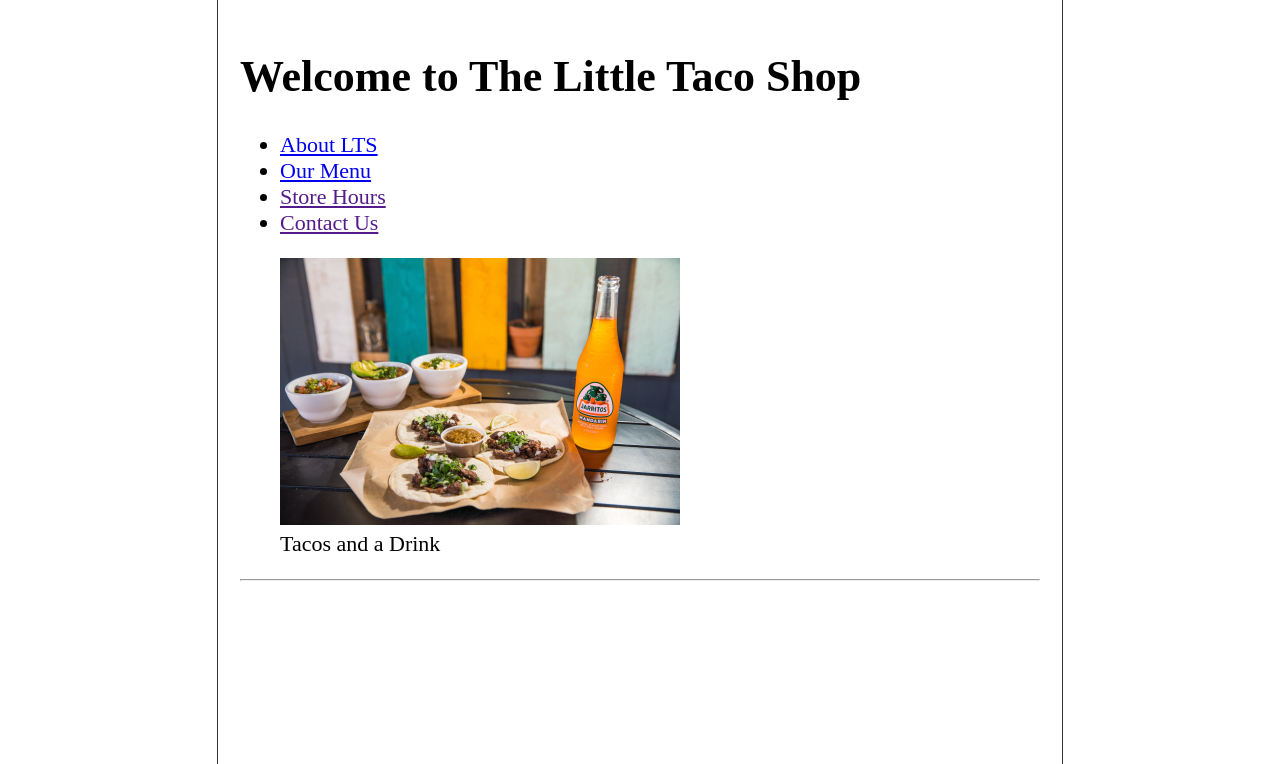
Repository: Israa-Odeh/html-basics-project
Page: index.html
An editor plug-in stored every save of this project. The page is shown before and after a run of saves, followed by the edit.
The browser window is 1280 px wide. The pictures show the whole page.

Above is the page before, as saved 2024-08-20 01:47:11.

### index.html
<!DOCTYPE html>
<html lang="en">

<head>
    <meta charset="UTF-8">
    <meta name="author" content="Israa Odeh">
    <meta name="description"
        content="Welcome to Discover the ultimate taco experience at our little taco shop. Explore our diverse menu featuring delicious, authentic tacos made with fresh ingredients. From classic favorites to inventive new flavors, our taco shop offers a vibrant atmosphere and exceptional service. Join us for a taste of perfection in every bite!">
    <title>Little Taco Shop</title>
    <link rel="icon" href="favicon.ico" type="image/x-icon">
    <link rel="stylesheet" href="css/style.css">
</head>

<body>
    <header>
        <h1>Welcome to The Little Taco Shop</h1>
        <nav>
            <ul>
                <li>
                    <a href="#about">About LTS</a>
                </li>
                <li>
                    <a href="#menu">Our Menu</a>
                </li>
                <li>
                    <a href="">Store Hours</a>
                </li>
                <li>
                    <a href="">Contact Us</a>
                </li>
            </ul>
        </nav>
        <figure>
            <img src="img/tacos_and_drink_400x267.png"
                alt="Three taco meals with three salads and a shared bottle of drink" width="400" height="267">
            <figcaption>Tacos and a Drink</figcaption>
        </figure>
    </header>

    <hr>

    <main>
        <article id="about">


        </article>

        <article id="menu">

        </article>

    </main>

    <footer>

    </footer>

</body>

</html>

Loaded but not shown: css/style.css (common file)

After the next 2 saves:
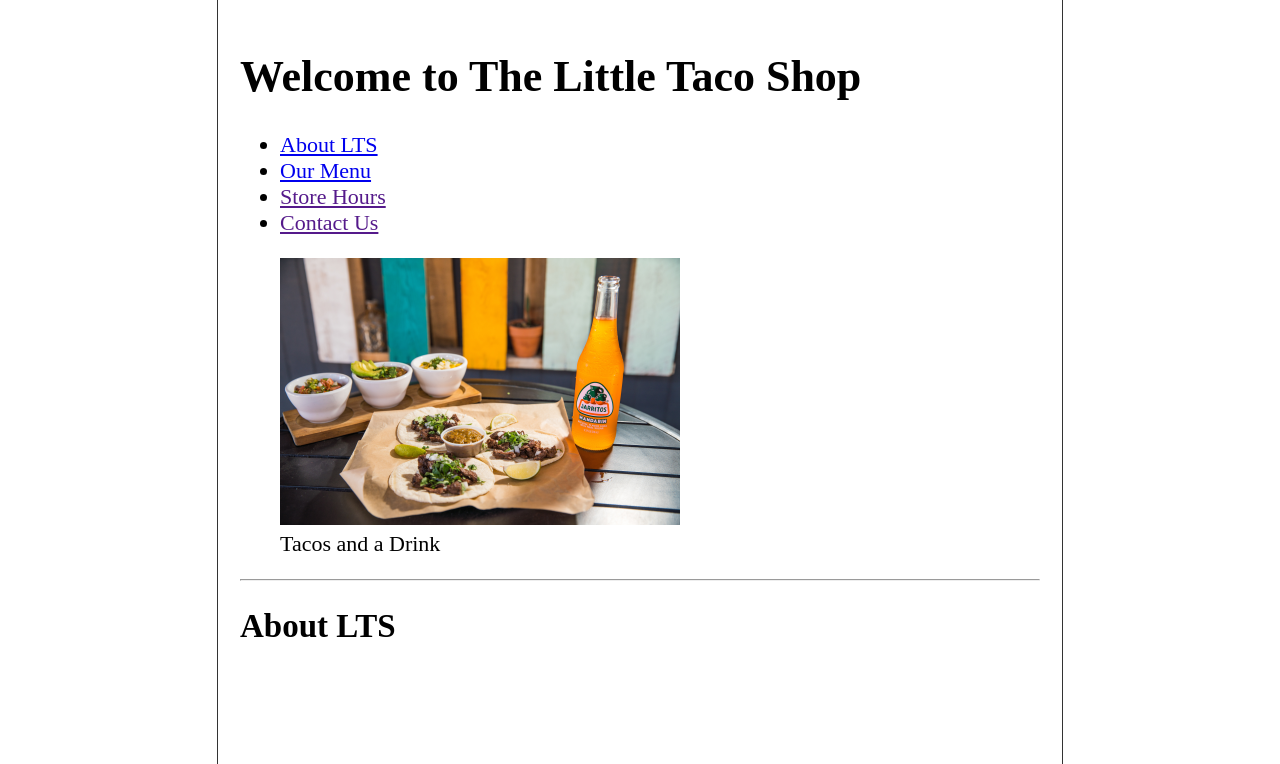
The 2 saves are shown as one change because they came seconds apart.
The last was saved 40 s later.
--- a/index.html
+++ b/index.html
@@ -41,7 +41,7 @@
 
     <main>
         <article id="about">
-
+            <h2>About LTS</h2>
 
         </article>
 
